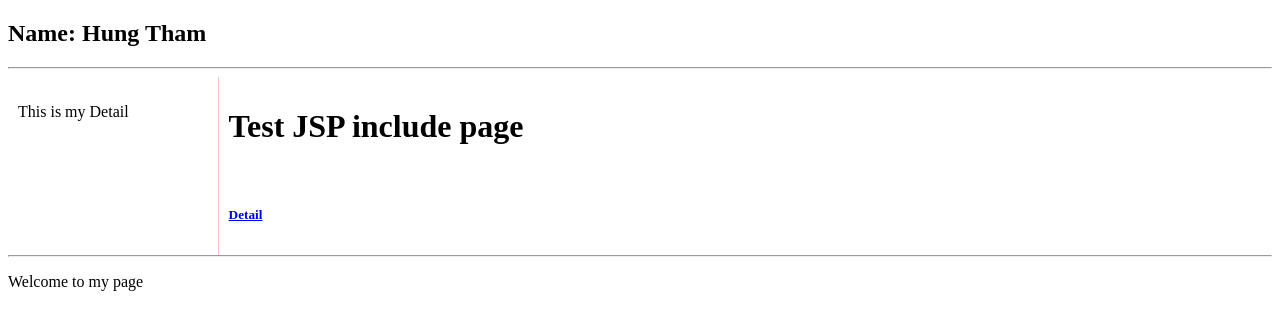
Repository: hunggtham/First-Jsp-and-Servlet-Project
Page: http://localhost/5JspInclude/
These files come from the project's save history. The page is drawn as it stood at one moment and after the next save; the edit follows.
The browser window is 1280 px wide. The pictures show the whole page.
The page is served by Tomcat 9.

Above is the page before, as saved 2022-07-24 10:35:49.

### 5JspInclude/src/main/webapp/Home.jsp
<%@ page language="java" contentType="text/html; charset=UTF-8"
	pageEncoding="UTF-8"%>
<!DOCTYPE html>
<html>
<head>
<meta charset="UTF-8">
<title>Home page</title>
</head>
<body>
	<jsp:include page="Header.jsp"></jsp:include>
	<jsp:include page="Menu.jsp"></jsp:include>
	<div
		style="float: left; padding: 10px; width: 80%; border-left: 1px solid pink;">
		<h1>Test JSP include page</h1>
		<br/>
		<h5>
			<a href="Detail.jsp">Detail</a>
		</h5>
	</div>
	<jsp:include page="Footer.jsp"></jsp:include>

</body>
</html>

### 5JspInclude/src/main/webapp/Header.jsp
<%@ page language="java" contentType="text/html; charset=UTF-8"
	pageEncoding="UTF-8"%>
<!DOCTYPE html>
<html>
<head>
<meta charset="UTF-8">
<title>HeaderPage</title>
</head>
<body>
	<div>
		<h2>Name: Hung Tham</h2>
		<hr />
	</div>
</body>
</html>

### 5JspInclude/src/main/webapp/Menu.jsp
<%@ page language="java" contentType="text/html; charset=ISO-8859-1"
	pageEncoding="ISO-8859-1"%>
<!DOCTYPE html>
<html>
<head>
<meta charset="ISO-8859-1">
<title>Menu</title>
</head>
<body>
	<div style="float: left; padding: 10px; width: 15%;">
		<p>This is my Detail</p>
	</div>
</body>
</html>

### 5JspInclude/src/main/webapp/Footer.jsp
<%@ page language="java" contentType="text/html; charset=ISO-8859-1"
	pageEncoding="ISO-8859-1"%>
<!DOCTYPE html>
<html>
<head>
<meta charset="ISO-8859-1">
<title>Footer</title>
</head>
<body>
	<div style="clear: both;">
		<hr />
		<p>Welcome to my page</p>
	</div>
</body>
</html>

After the next save:
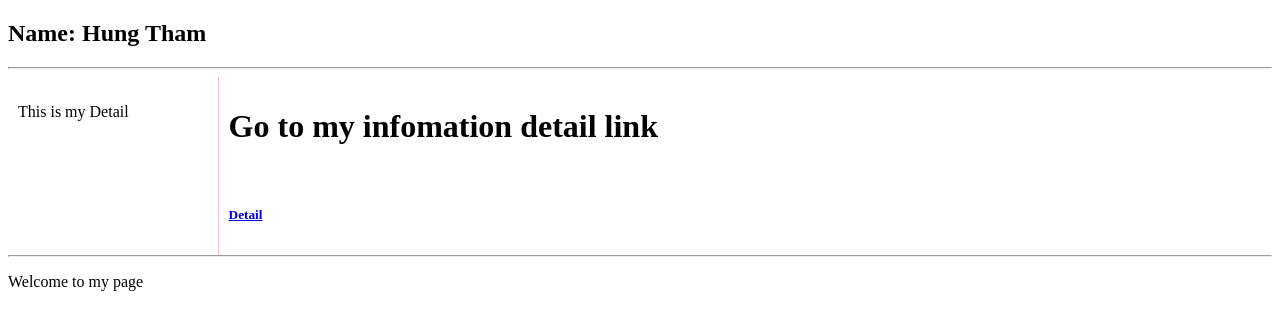
Saved 32 s later.
--- a/5JspInclude/src/main/webapp/Home.jsp
+++ b/5JspInclude/src/main/webapp/Home.jsp
@@ -11,7 +11,7 @@
 	<jsp:include page="Menu.jsp"></jsp:include>
 	<div
 		style="float: left; padding: 10px; width: 80%; border-left: 1px solid pink;">
-		<h1>Test JSP include page</h1>
+		<h1>Go to my infomation detail link</h1>
 		<br/>
 		<h5>
 			<a href="Detail.jsp">Detail</a>
